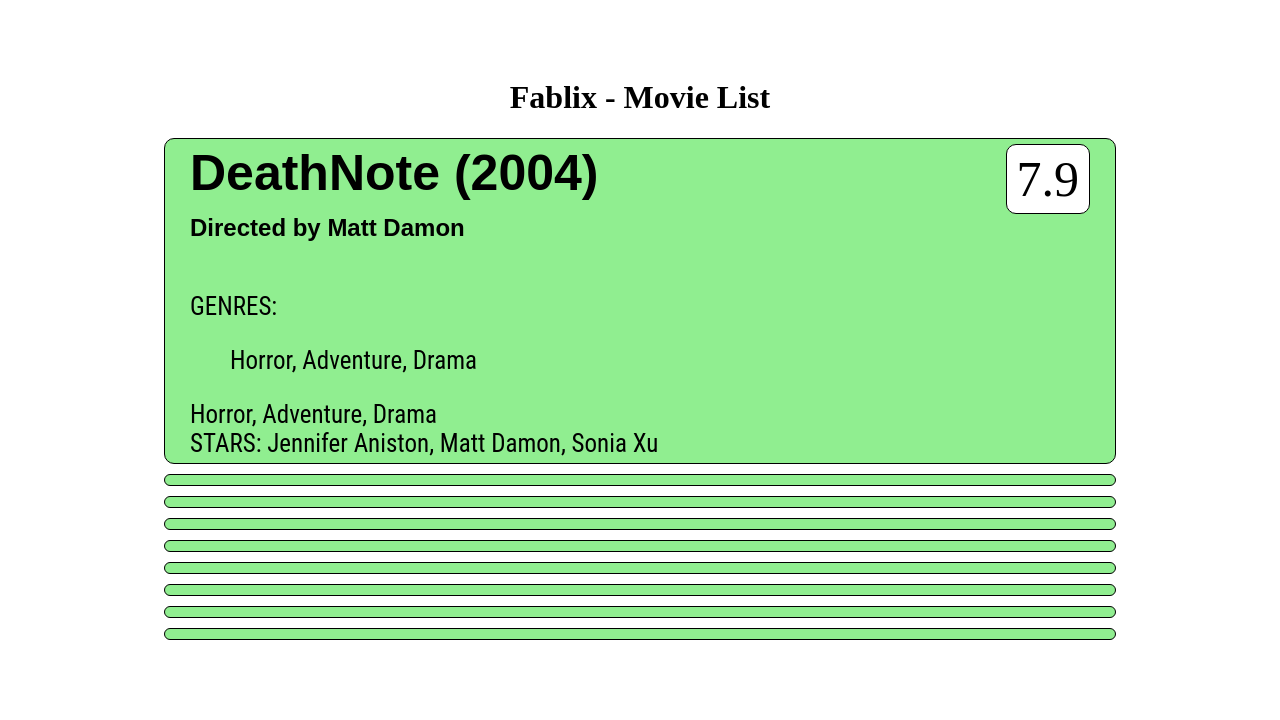
Repository: csumphan/fablix
Page: Project1/WebContent/index.html
These files come from the project's save history. The page is drawn as it stood at one moment and after the next save; the edit follows.
The browser window is 1280 px wide. The pictures show the whole page.
Some web fonts or font styles are not loaded; a fallback is used.

Above is the page before, as saved 2018-01-23 00:25:13.

After the next save:
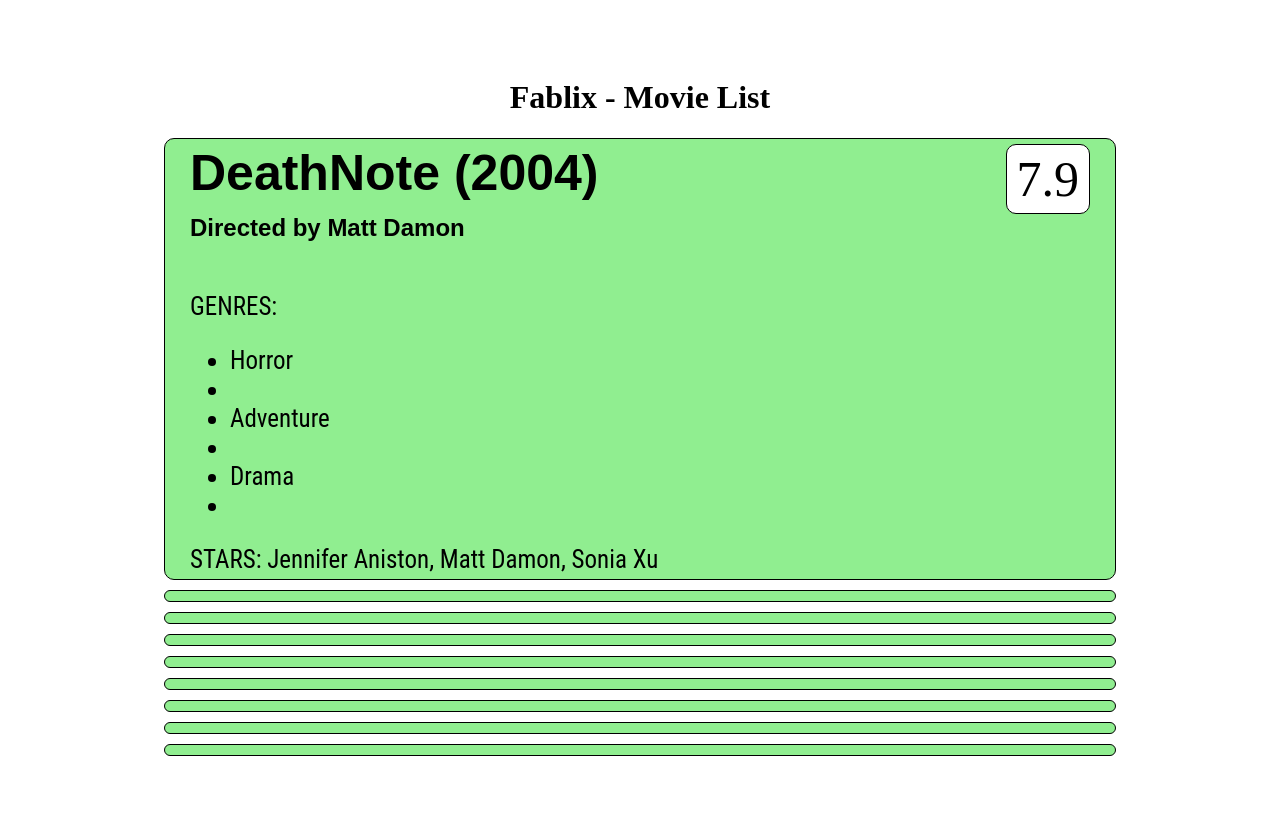
Saved 32 s later.
--- a/Project1/WebContent/index.html
+++ b/Project1/WebContent/index.html
@@ -21,8 +21,10 @@
 				<div class="genres-container">
 					GENRES:
 					<ul>
-						Horror, Adventure, Drama
-					</ul>Horror, Adventure, Drama
+						<li>Horror <li>
+						<li>Adventure <li>
+						<li>Drama <li>
+					</ul>
 				</div>
 				<div class="stars-container">
 					STARS: Jennifer Aniston, Matt Damon, Sonia Xu
